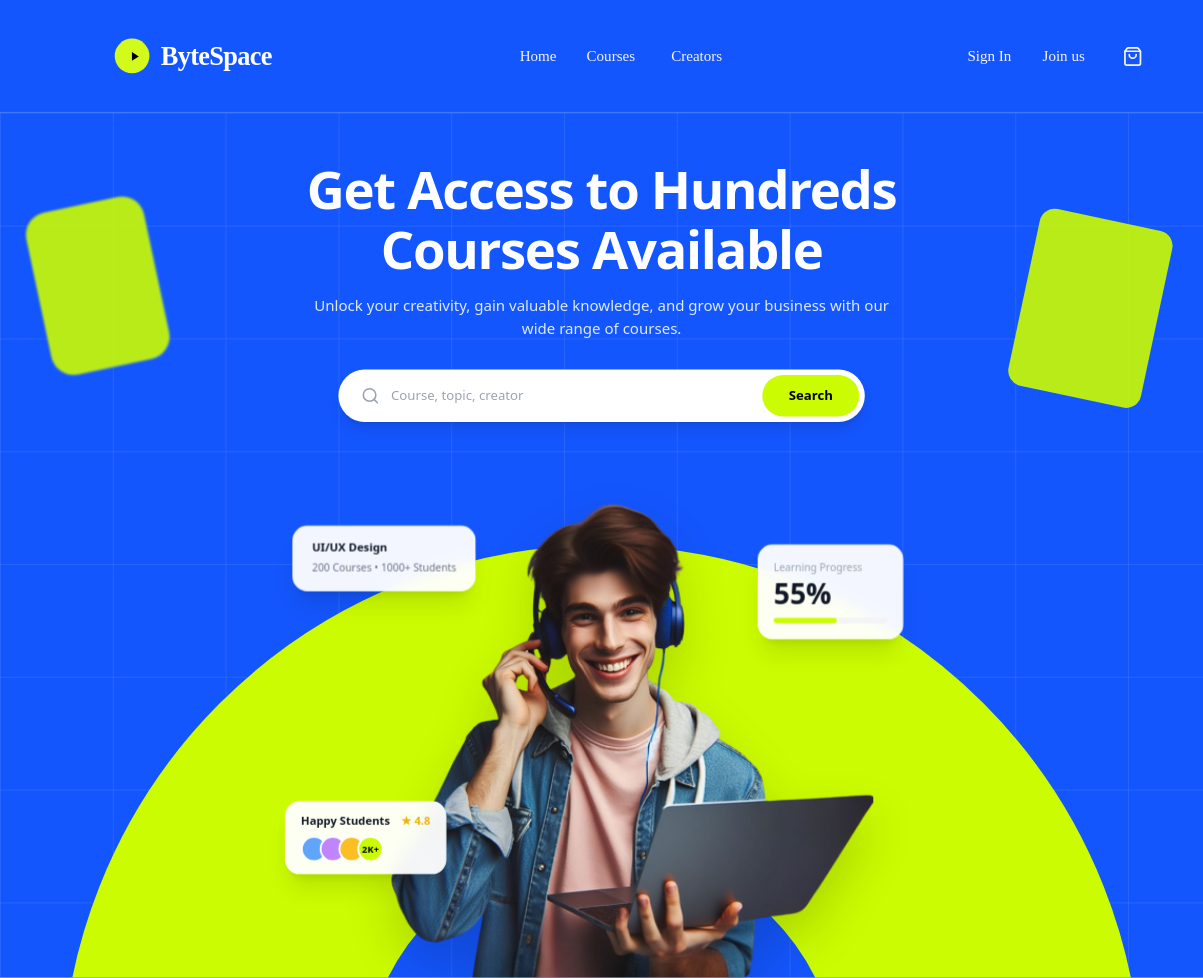
Repository: mdkawsarjomadder/bytespace
Page: /
These files come from the project's save history. The page is drawn as it stood at one moment and after the next save; the edit follows.
The browser window is 1280 px wide. The pictures show the whole page, at 94% of full size.
Some web fonts or font styles are not loaded; a fallback is used. The project was rebuilt for these pictures with package versions that can differ from the ones it lists, and the page was loaded fresh each time. Also part of the build but not shown: vite.config.js.

Above is the page before, as saved 2026-09-29 18:28:24.

After the next save:
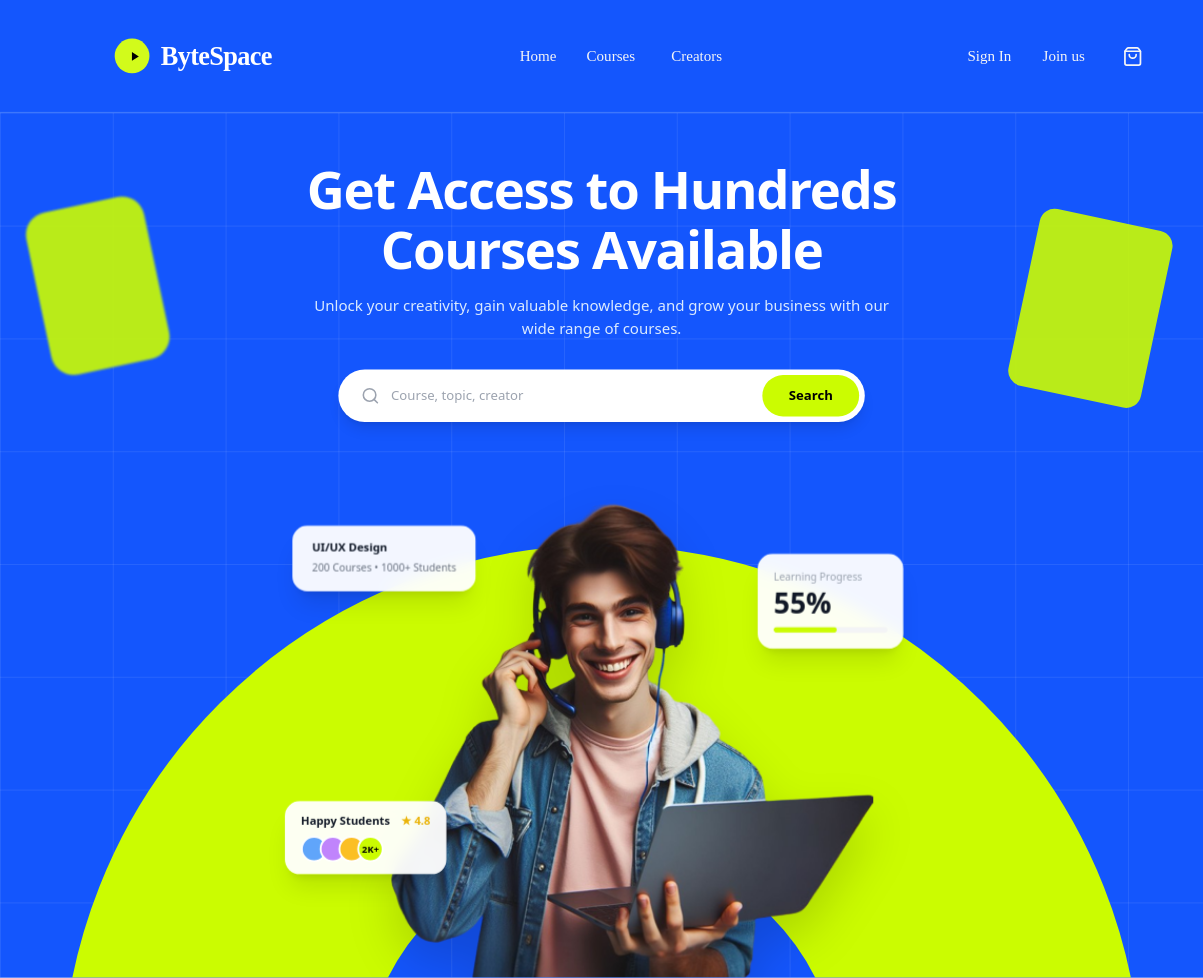
Saved 2 min 54 s later.
--- a/src/components/Hero.jsx
+++ b/src/components/Hero.jsx
@@ -70,7 +70,7 @@ const Hero = () => {
         </div>
 
         {/* Floating Card: Learning Progress (Top Right) */}
-        <div className="absolute -right-8 top-[80px] z-20 bg-white/95 backdrop-blur text-black p-4 rounded-2xl shadow-xl border border-white/20 min-w-[155px]">
+        <div className="absolute -right-8 top-[90px] z-20 bg-white/95 backdrop-blur text-black p-4 rounded-2xl shadow-xl border border-white/20 min-w-[155px] ">
           <span className="text-[11px] font-medium text-gray-400 block mb-1">Learning Progress</span>
           <span className="text-3xl font-extrabold text-gray-900 block leading-none">55%</span>
           <div className="w-full bg-gray-100 h-1.5 rounded-full mt-2.5 overflow-hidden">
